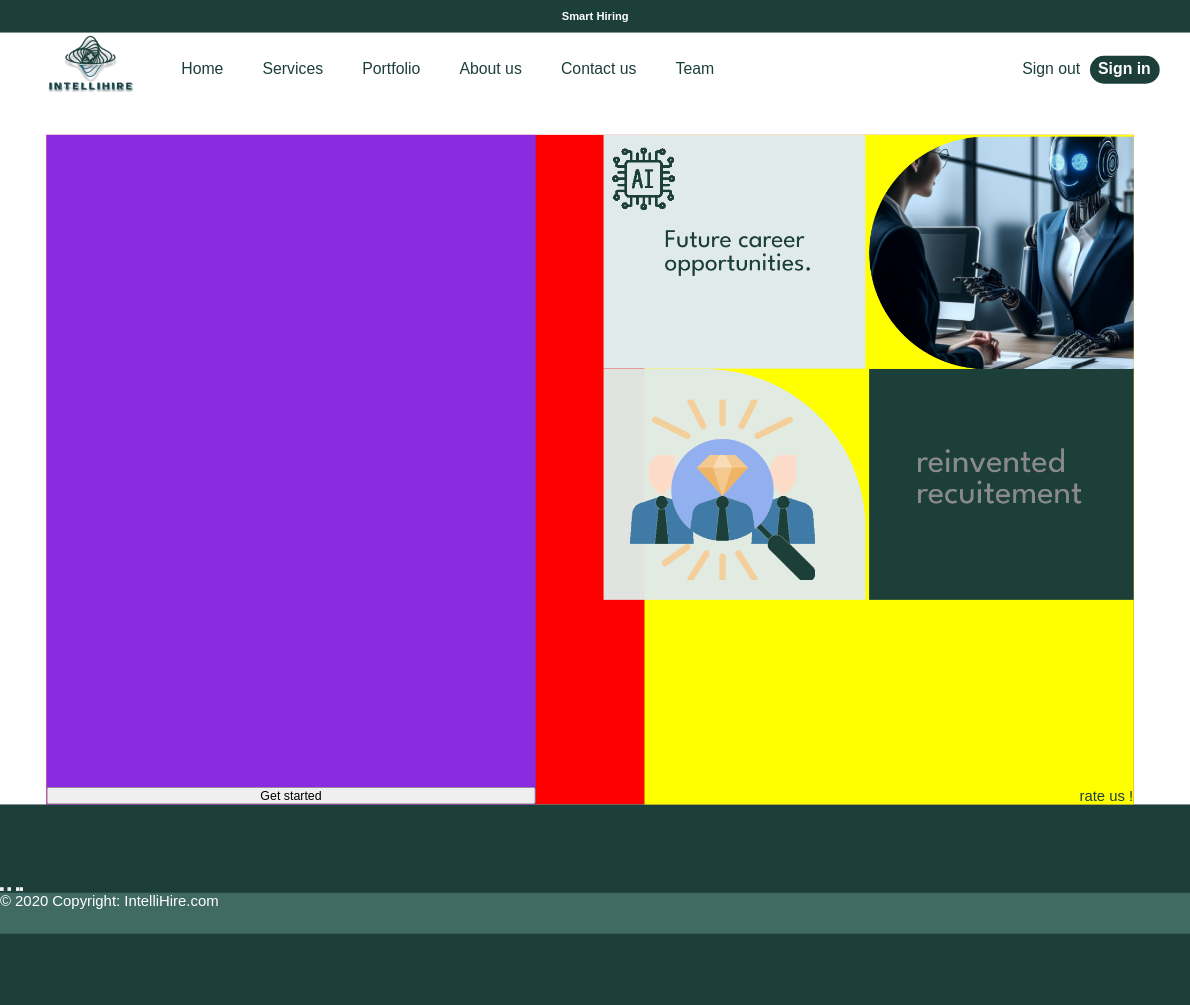
Repository: arijkl/Projet-PFA
Page: HomePage.html
The author's editor kept a copy of each file at every save. The page is drawn from the files as they stood at one save, then again after the next save.
The browser window is 1280 px wide. The pictures show the whole page, at 93% of full size.

Above is the page before, as saved 2024-04-21 20:42:44.

### HomePage.html
<!DOCTYPE html>
<html lang="en">
  <head>
    <meta charset="UTF-8" />
    <meta name="viewport" content="width=device-width, initial-scale=1.0" />
    <title>Document</title>
    <link rel="stylesheet" href="HomePage.css" />
  </head>
  <body>
    <nav class="beforeNav">
      <span>Smart Hiring</span>
    </nav>
    <nav class="navBar">
      <span class="Mainlogo"><img src="Assets/mainlogo.png" alt="" /></span>
      <ul>
        <li><a href="">Home</a></li>
        <li><a href="">Services</a></li>
        <li><a href="">Portfolio</a></li>
        <li><a href="">About us</a></li>
        <li><a href="">Contact us</a></li>
        <li><a href="">Team</a></li>
      </ul>
      <span class="signin-out">
        <a href="">Sign out</a>
        <a href="" class="sign-in">Sign in</a>
      </span>
    </nav>
    <div class="container">
        <div class="left-container">
            <span></span>
            <h1></h1>
            <p></p>
            <button>Get started</button>
        </div>
        <div class="right-container">
            <img src="Assets/Home-right-image.png" alt="">
            <span>rate us !

            </span>
        </div>


    </div>
    <footer>
        <div class="icons">
            <button>
                <i class="fab fa-linkedin-in"></i>
            </button>
            <button>
                <i class="fa-brands fa-x-twitter"></i>
            </button>
            <button>
                <i class="fa-solid fa-phone"></i>
            <button>
                <i class="fa-solid fa-envelope"></i>
            </button>

        </div>
        <span>
            © 2020 Copyright:
            <a href="#home">IntelliHire.com</a>
        </span>
    </footer>
  </body>
</html>

### HomePage.css
* {
    margin: 0px;
    padding: 0px;
    font-family: 'Montserrat', sans-serif;
}

@font-face {
    font-family: 'Montserrat';
    src: url('https://fonts.googleapis.com/css2?family=Montserrat&display=swap');
    /* You can also host the font files locally and provide the path accordingly */
}




body {
    font-family: 'Montserrat', sans-serif;
    background: white;
    color: #1C3F3A;
    height: 100vh;
    width: 100%;


.beforeNav {
    background-color: #1C3F3A;
    height: 35px;
    color: white;
    display: flex;
    justify-content: space-around;
    align-items: center;
    font-weight: 550;
    font-size: 12px;

}

.Mainlogo {
    height: 100%;
    width: 15%;

}

.Mainlogo img {
    position: absolute;
    height: 100px;
    width: 150px;

}

.navBar {

    height: 80px;
    display: flex;
    justify-content: space-between;
    margin-left: 20px;
    margin-right: 20px;
    font-weight: 500;



}

.navBar ul {
    display: flex;
    justify-content: space-around;
    align-items: center;
    width: 60%;
    list-style: none;
    margin-right: 25%;
    font-size: 17px;

}

.navBar ul li a {
    text-decoration: none;
    color: #1C3F3A;



}

.signin-out {
    display: flex;
    align-items: center;
    margin-right: 7px;
    width: 15%;



}

.signin-out a {
    text-decoration: none;
    font-size: 17px;

}

.signin-out a:first-child {
    color: #1C3F3A;

}

.sign-in {
    display: flex;
    justify-content: center;
    align-items: center;
    width: 75px;
    height: 30px;
    font-weight: 550;
    margin-left: 10px;
    color: white;
    background-color: #1C3F3A;
    border-radius: 15px;



}
.container{
    display: flex;
    justify-content: space-between;
    align-items:center;
    height: 100%;
    margin-left: 50px;
    margin-right: 61.5px;
    margin-top:30px;
    background-color:red;
}

.left-container{
    background-color:blueviolet;
    height: 100%;
    width:45%;
    display: flex;
    flex-direction: column;
    justify-content:space-between;
}
.right-container{
    background-color:yellow;
    height: 100%;
    width:45%;
    display: flex;
    flex-direction: column;
    justify-content:space-between;
    align-items:flex-end;
}
.right-container img{

    height:500px;
    width:570px;

}
footer{

    background-color:#1C3F3A;
    height:30%;
    color:white;
    display: flex;
    flex-direction: column;
    justify-content: center;
    text-align:  space-evenly;

}
footer span{
    background-color:#406a64;
    width:100%;
    height:20%;
    margin-top: 0%;
}
footer span a{
    color:white;
    text-decoration: none;
    text-align: center;
}

After the next save:
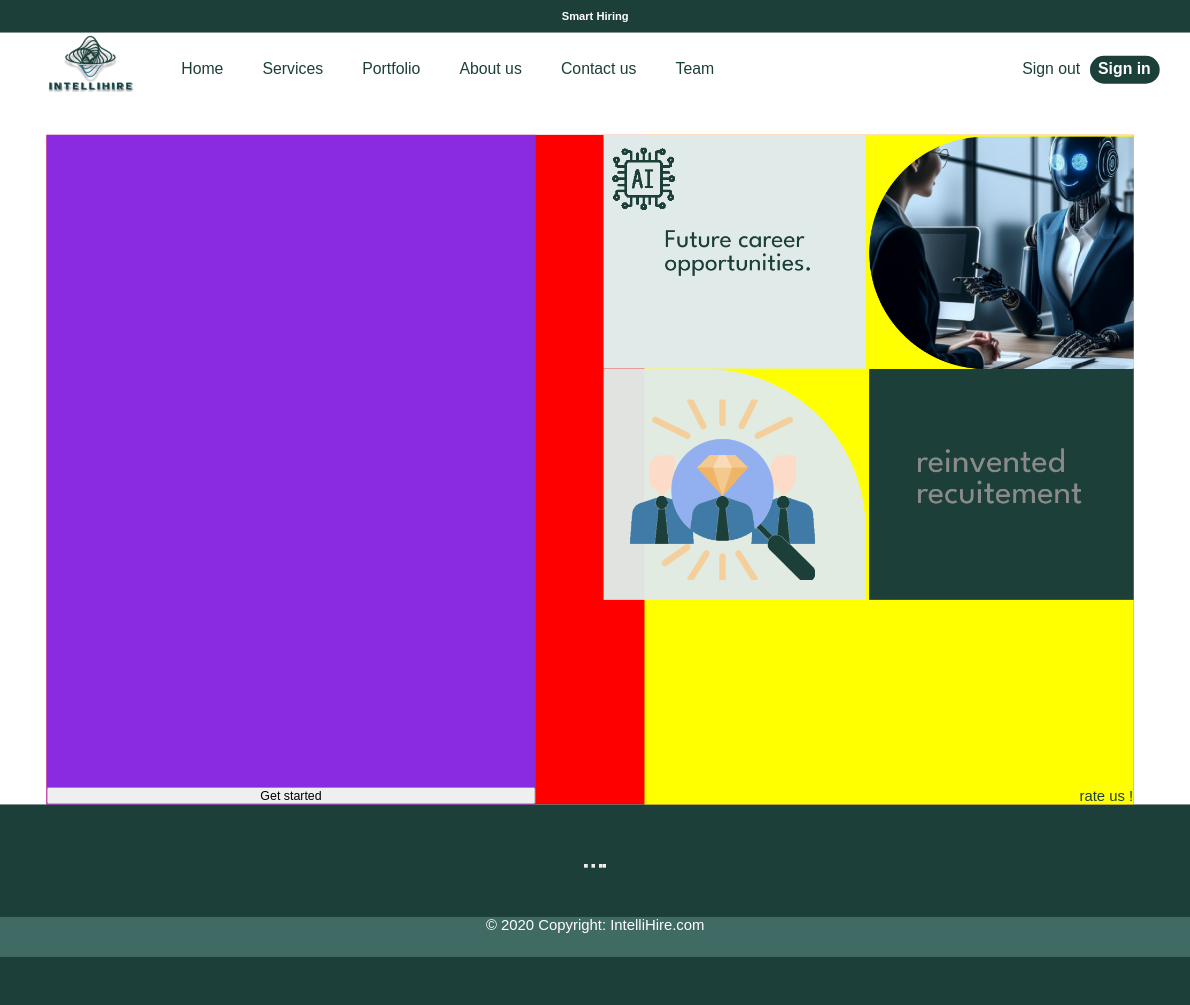
Saved 14 s later.
--- a/HomePage.css
+++ b/HomePage.css
@@ -155,8 +155,8 @@
     color:white;
     display: flex;
     flex-direction: column;
-    justify-content: center;
-    text-align:  space-evenly;
+    justify-content: space-evenly;;
+    text-align:  center;
 
 }
 footer span{
